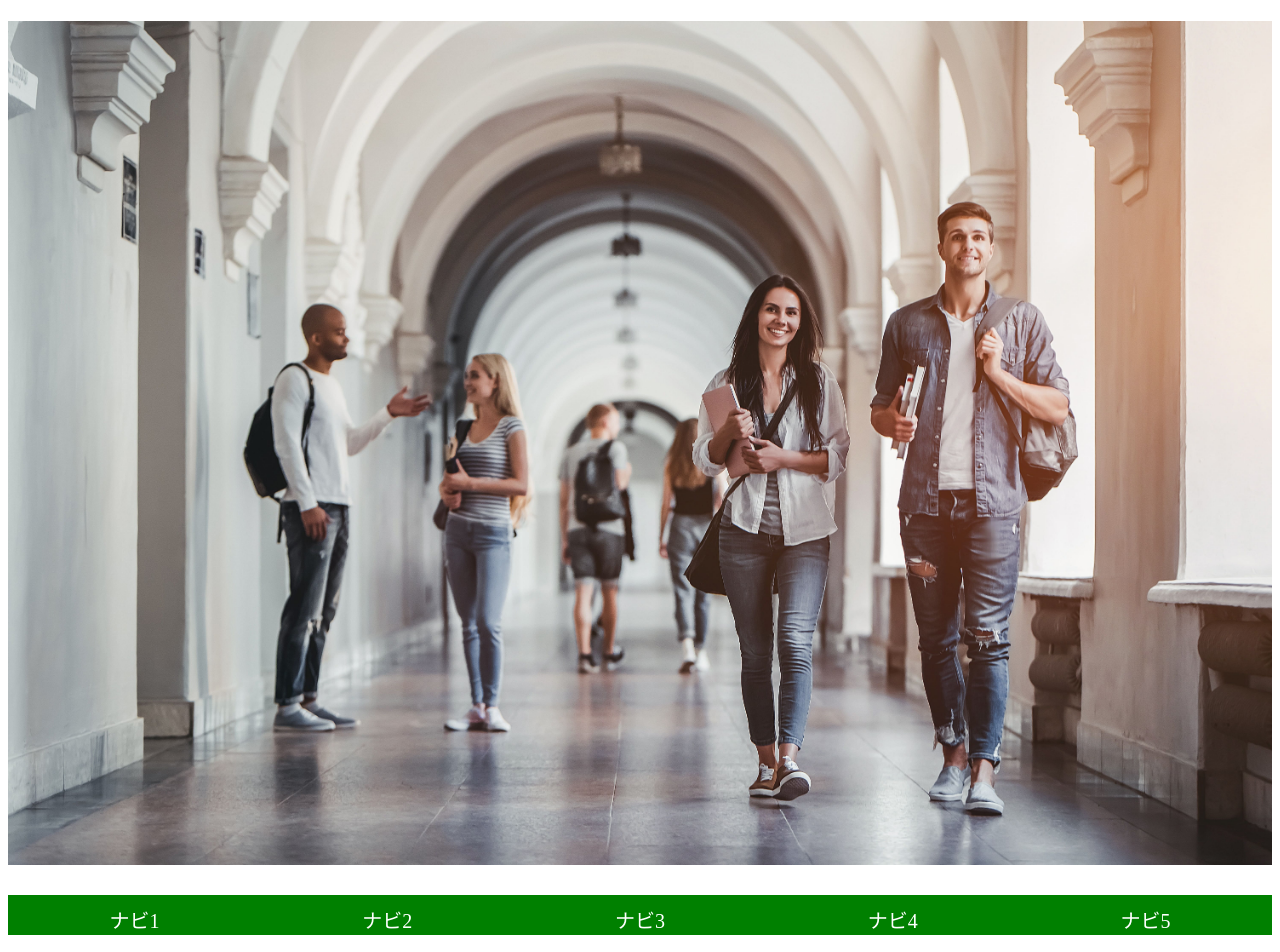
Repository: barabaaaara/samurai_HTML-CSS2
Page: home.html
The author's editor kept a record of every edit. The page is drawn from the files as they stood at one moment, then again after the next edit.
The browser window is 1280 px wide. The pictures show the part of the page from y = 0 to 952 px (the page is 2285 px tall before and 1667 px after).
Pictures or frames that could not be fetched are drawn as grey boxes.

Above is the page before.

After the next edit:
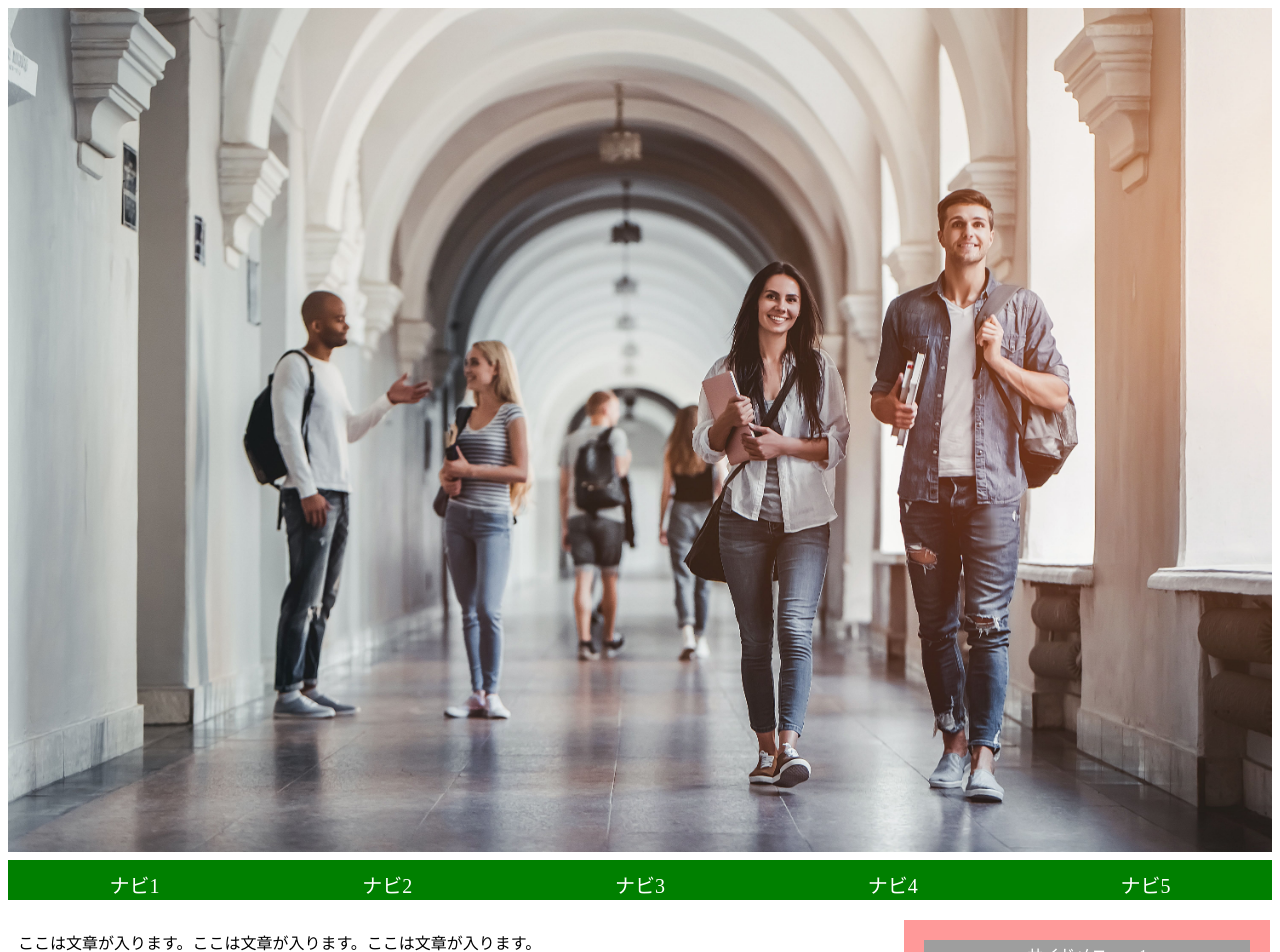
The edit:
--- a/home.html
+++ b/home.html
@@ -6,20 +6,20 @@
         <link rel="stylesheet" href="stylesheet.css">
     </head>
     <body>
-      <header>
-          <h1><a href="index.html"><img id="corridor" src="images/corridor.jpg" alt="大学の廊下" /></a></h1>
-        </header>
+        <div id="header">
+            <h1><a href="index.html"><img id="corridor" src="images/corridor.jpg" alt="大学の廊下" /></a></h1>
+        </div>
         <div id="wrapper">
             <div id="nav">
-                 <ul>
-                     <li><a href="home.html">ナビ1</a></li>
-                     <li><a href="#">ナビ2</a></li>
-                     <li><a href="#">ナビ3</a></li>
-                     <li><a href="#">ナビ4</a></li>
-                     <li><a href="#">ナビ5</a></li>
-                 </ul>
+                <ul>
+                    <li><a href="home.html">ナビ1</a></li>
+                    <li><a href="#">ナビ2</a></li>
+                    <li><a href="#">ナビ3</a></li>
+                    <li><a href="#">ナビ4</a></li>
+                    <li><a href="#">ナビ5</a></li>
+                </ul>
             </div>
-         <div id="container">
+            <div id="container">
                 <div id="main">
                     <div class="post">
                         <p>ここは文章が入ります。ここは文章が入ります。ここは文章が入ります。<br />今は、適当な文章を入れてあります。これをダミーテキストといいます。</p>
@@ -42,34 +42,34 @@
                         </p>
                     </div>
                 </div>
-            </div>
-            <div id="side">
-                <div class="box">
-                    <h2>サイドメニュー1</h2>
-                    <div class="boxBody">
-                        <ul>
-                            <li>項目1</li>
-                            <li>項目2</li>
-                            <li>項目3</li>
-                            <li>項目4</li>
-                        </ul>
+                <div id="side">
+                    <div class="box">
+                        <h2>サイドメニュー1</h2>
+                        <div class="boxBody">
+                            <ul>
+                                <li>項目1</li>
+                                <li>項目2</li>
+                                <li>項目3</li>
+                                <li>項目4</li>
+                            </ul>
+                        </div>
                     </div>
-                </div>
-                <div class="box">
-                    <h2>サイドメニュー2</h2>
-                    <div class="boxBody">
-                        <ul>
-                            <li>項目1</li>
-                            <li>項目2</li>
-                            <li>項目3</li>
-                            <li>項目4</li>
-                        </ul>
+                    <div class="box">
+                        <h2>サイドメニュー2</h2>
+                        <div class="boxBody">
+                            <ul>
+                                <li>項目1</li>
+                                <li>項目2</li>
+                                <li>項目3</li>
+                                <li>項目4</li>
+                            </ul>
+                        </div>
                     </div>
                 </div>
             </div>
         </div>
+        <div id="footer">
+            <p>&copy; 20xx ○○ All Rights Reserved.</p>
+        </div>
     </body>
-    <footer>
-        <p>&copy; 20xx ○○ All Rights Reserved.</p>
-    </footer>
 </html>
